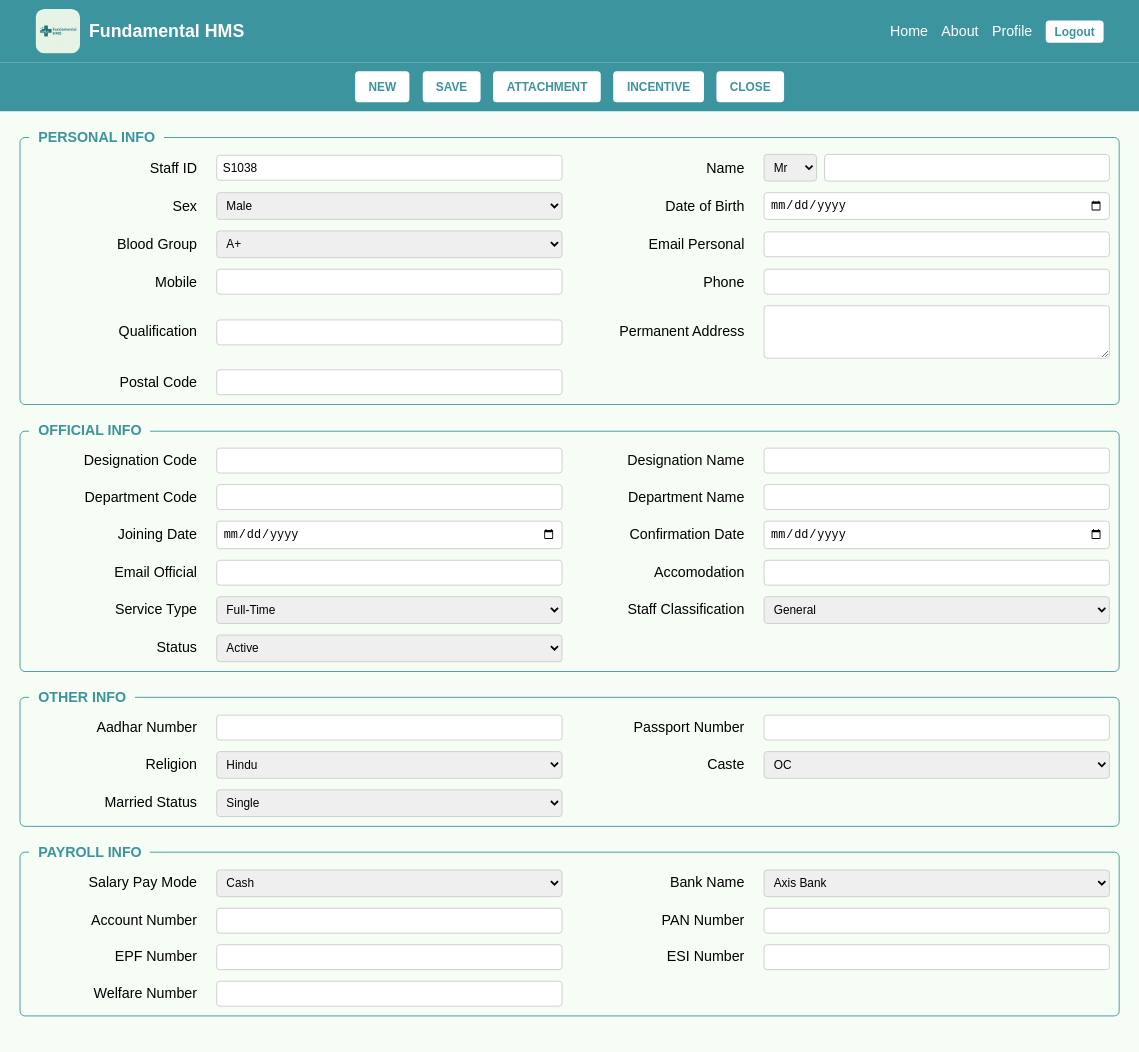
Repository: NAGENDRAN0/New
Page: http://localhost/staff
An editor plug-in stored every save of this project. The page is shown before and after the next save, followed by the edit.
The browser window is 1280 px wide. The pictures show the whole page, at 89% of full size.
The page is this project's Thymeleaf template; nobody is signed in. The template is opened directly, without the code that normally fills it, so the values that code supplies are empty.

Above is the page before, as saved 2025-05-19 08:01:56.

### Documents/workspace-spring-tool-suite-4-4.25.0.RELEASE/HMS/src/main/resources/templates/staff.html
<!DOCTYPE html>
<html lang="en">
<head>
  <meta charset="UTF-8">
  <title>Fundamental</title>
  	<link rel="icon" type="/image/Logo/png" href="/image/Logo.png" style="border-radius: 8px;">

  <style>
	body {
	  font-family: Arial, sans-serif;
	  background-color: #f5fdf4;
	  margin: 0;
	  padding: 0;
	}
	.grid {
	  grid-template-columns: 1fr 3fr 1fr 3fr; /* more space for input cells */
	}


	.header {
	  background-color: #3C949E;
	  padding: 10px;
	  text-align: center;
	}

	.header button {
	  background-color: #fff;
	  border: none;
	  padding: 10px 15px;
	  margin: 0 5px;
	  cursor: pointer;
	  font-weight: bold;
	  color: #3C949E;
	  border-radius: 4px;
	}

	.form-container {
	  padding: 20px;
	}

	fieldset {
	  border: 1px solid #3C949E;
	  margin-bottom: 20px;
	  border-radius: 6px;
	  padding: 10px;
	}

	legend {
	  font-weight: bold;
	  color: #3C949E;
	  padding: 0 10px;
	}

	.grid {
	  display: grid;
	  grid-template-columns: 1fr 2fr 1fr 2fr;
	  gap: 12px 16px;
	  align-items: center;
	}

	label {
	  text-align: right;
	  padding-right: 6px;
	  white-space: nowrap;
	}

	input, select, textarea {
	  width: 100%;
	  padding: 6px;
	  border-radius: 4px;
	  border: 1px solid #ccc;
	  box-sizing: border-box;
	}

	textarea {
	  resize: vertical;
	  min-height: 60px;

	}



	@media (max-width: 900px) {
	  .grid {
	    grid-template-columns: 1fr 1fr;
	  }

	  label {
	    text-align: left;
	  }


	}

  </style>
</head>
<body>
	<!-- Place this inside <body> near the top -->

	<nav style="background-color: #3C949E; padding: 10px;">
	  <div style="display: flex; align-items: center; max-width: 1200px; margin: auto; color: white;">
	    <img src="/image/Logo.png" alt="Logo" style="border-radius: 10px; width: 50px; height: 50px; margin-right: 10px;">
	    <a href="/" style="color: white; font-weight: bold; text-decoration: none; font-size: 1.25rem; flex-grow: 1;">
	      Fundamental HMS
	    </a>
	    <a href="/" style="color: white; margin-right: 15px; text-decoration: none;">Home</a>
	    <a href="/features" style="color: white; margin-right: 15px; text-decoration: none;">About</a>
	    <a href="/contact" style="color: white; margin-right: 15px; text-decoration: none;">Profile</a>
	    <a href="/logout" style="color: white; text-decoration: none;">
	      <button style="background: white; border: none; color: #3C949E; font-weight: bold; padding: 5px 10px; border-radius: 4px; cursor: pointer;">
	        Logout
	      </button>
	    </a>
	  </div>
	</nav>

  <div class="header">
    <button>NEW</button>
    <button>SAVE</button>
    <button>ATTACHMENT</button>
    <button>INCENTIVE</button>
    <button>CLOSE</button>
  </div>

  <form class="form-container">
    <fieldset>
      <legend>PERSONAL INFO</legend>

		<!-- Inside fieldset -->
		<div class="grid">
		  <label>Staff ID</label>
		  <input type="text" name="staffId" value="S1038" readonly>

		  <label>Name</label>
		  <div style="display: flex; gap: 8px;">
		    <select name="prefix" style="flex: 0 0 60px;">
		      <option>Mr</option>
		      <option>Mrs</option>
		      <option>Ms</option>
		    </select>
		    <input type="text" name="name" style="flex: 1;">
		  </div>

		  <label>Sex</label>
		  <select name="sex"><option>Male</option><option>Female</option></select>

		  <label>Date of Birth</label>
		  <input type="date" name="dob">

		  <label>Blood Group</label>
		  <select name="bloodGroup">
		    <option>A+</option>
		    <option>O+</option>
		  </select>

		  <label>Email Personal</label>
		  <input type="email" name="email">

		  <label>Mobile</label>
		  <input type="tel" name="mobile">

		  <label>Phone</label>
		  <input type="tel" name="phone">

		  <label>Qualification</label>
		  <input type="text" name="qualification">

		  <label>Permanent Address</label>
		  <textarea name="permanentAddress" ></textarea>

		  <label>Postal Code</label>
		  <input type="text" name="postalCode">
		</div>
      </div>
    </fieldset>

    <fieldset>
      <legend>OFFICIAL INFO</legend>
      <div class="grid">
        <label>Designation Code</label>
        <input type="text">

        <label>Designation Name</label>
        <input type="text">

        <label>Department Code</label>
        <input type="text">

        <label>Department Name</label>
        <input type="text">

        <label>Joining Date</label>
        <input type="date">

        <label>Confirmation Date</label>
        <input type="date">

        <label>Email Official</label>
        <input type="email">

        <label>Accomodation</label>
        <input type="text">

        <label>Service Type</label>
        <select><option>Full-Time</option></select>

        <label>Staff Classification</label>
        <select><option>General</option></select>

        <label>Status</label>
        <select><option>Active</option></select>
      </div>
    </fieldset>

    <fieldset>
      <legend>OTHER INFO</legend>
      <div class="grid">
        <label>Aadhar Number</label>
        <input type="text">

        <label>Passport Number</label>
        <input type="text">

        <label>Religion</label>
        <select><option>Hindu</option></select>

        <label>Caste</label>
        <select><option>OC</option><option>BC</option></select>

        <label>Married Status</label>
        <select><option>Single</option><option>Married</option></select>
      </div>
    </fieldset>

    <fieldset>
      <legend>PAYROLL INFO</legend>
      <div class="grid">
        <label>Salary Pay Mode</label>
        <select><option>Cash</option><option>Bank</option></select>

        <label>Bank Name</label>
        <select><option>Axis Bank</option></select>

        <label>Account Number</label>
        <input type="text">

        <label>PAN Number</label>
        <input type="text">

        <label>EPF Number</label>
        <input type="text">

        <label>ESI Number</label>
        <input type="text">

        <label>Welfare Number</label>
        <input type="text">
      </div>
    </fieldset>
  </form>
</body>
</html>

After the next save:
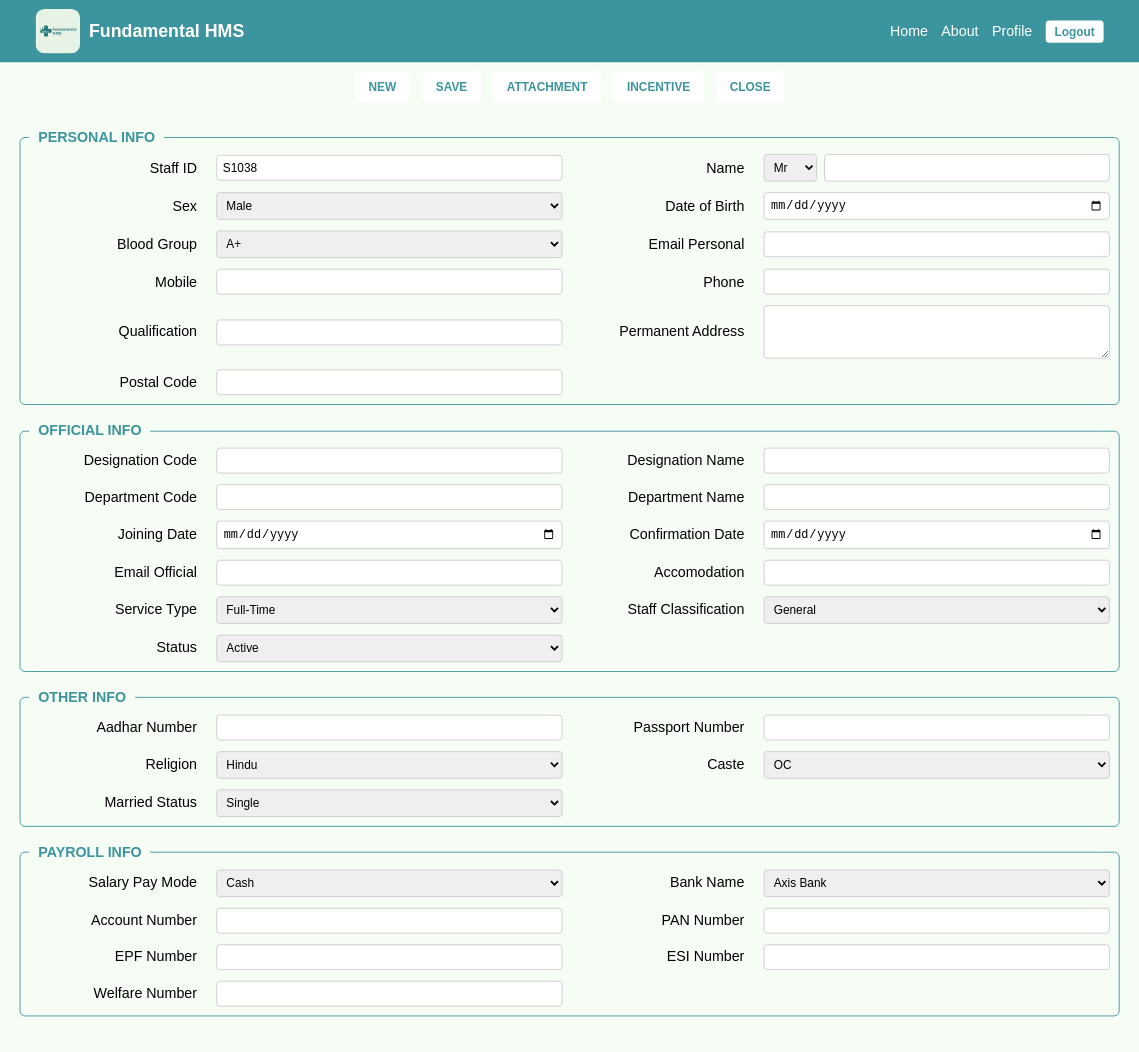
Saved 23 s later.
--- a/Documents/workspace-spring-tool-suite-4-4.25.0.RELEASE/HMS/src/main/resources/templates/staff.html
+++ b/Documents/workspace-spring-tool-suite-4-4.25.0.RELEASE/HMS/src/main/resources/templates/staff.html
@@ -18,7 +18,7 @@
 
 
 	.header {
-	  background-color: #3C949E;
+
 	  padding: 10px;
 	  text-align: center;
 	}
